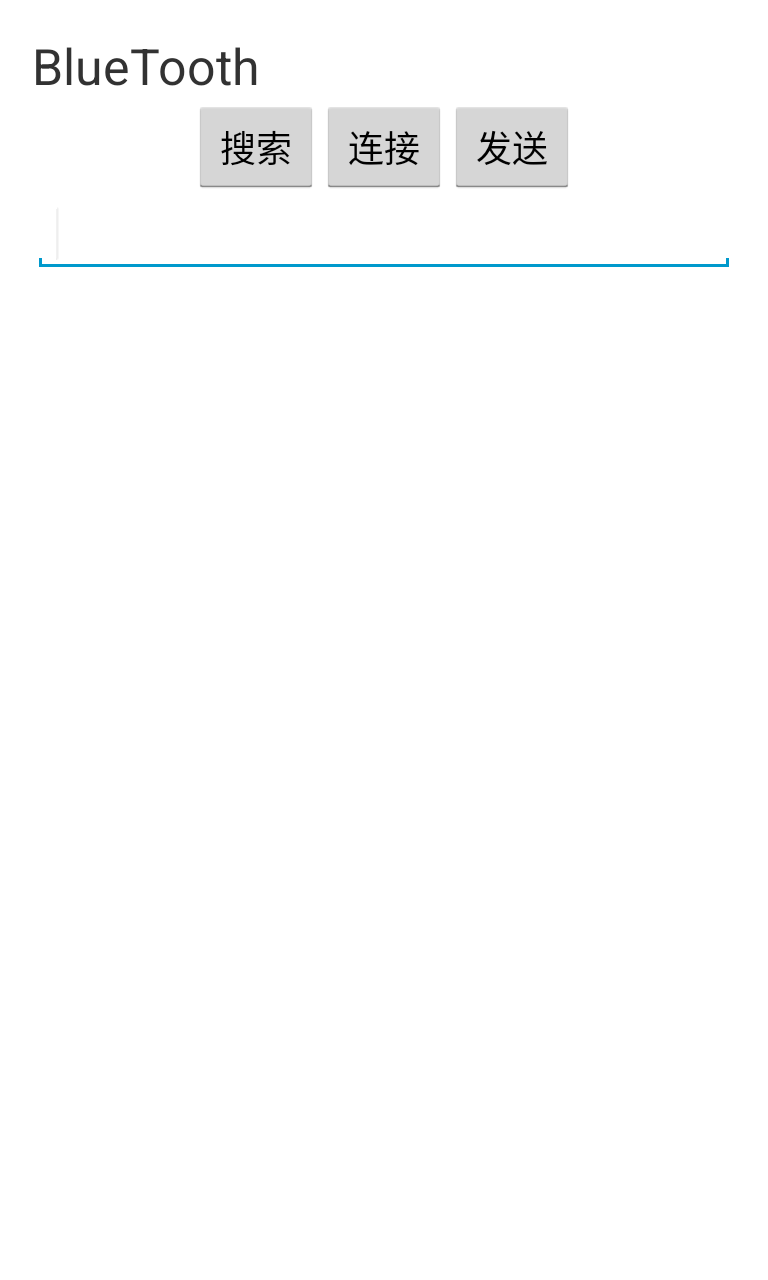
Repository: ShigerD/BtPic
Layout: Camera/res/layout/activity_bluetooth.xml
These files come from the project's save history. The layout is drawn as it stood at one moment and after the next save; the edit follows.
It is drawn on a 768 x 1280 px phone screen (xhdpi) without system bars, with theme AppTheme; the app's code is not run.

Above is the layout before, as saved 2017-02-23 06:46:37.

### Camera/res/layout/activity_bluetooth.xml
<RelativeLayout xmlns:android="http://schemas.android.com/apk/res/android"
    xmlns:tools="http://schemas.android.com/tools"
    android:layout_width="match_parent"
    android:layout_height="match_parent"
    android:paddingBottom="@dimen/activity_vertical_margin"
    android:paddingLeft="@dimen/activity_horizontal_margin"
    android:paddingRight="@dimen/activity_horizontal_margin"
    android:paddingTop="@dimen/activity_vertical_margin"
    tools:context="com.example.myblueteeth.MainActivity" >

    <LinearLayout
        android:layout_width="fill_parent"
        android:layout_height="fill_parent"
        android:layout_alignParentTop="true"
        android:layout_centerHorizontal="true"
        android:orientation="vertical" >

        <LinearLayout
            android:layout_width="match_parent"
            android:layout_height="wrap_content" >

            <TextView
                android:id="@+id/textView1"
                android:layout_width="wrap_content"
                android:layout_height="wrap_content"
                android:text="BlueTooth"
                android:textSize="25sp" />

        </LinearLayout>

        <LinearLayout
            android:layout_width="match_parent"
            android:layout_height="wrap_content"
            android:gravity="center_horizontal" >

            <Button
                android:id="@+id/bt_search"
                android:layout_width="wrap_content"
                android:layout_height="wrap_content"
                android:text="@string/search_bt" />

            <Button
                android:id="@+id/bt_connect"
                android:layout_width="wrap_content"
                android:layout_height="wrap_content"
                android:text="@string/connect_bt" />

            <Button
                android:id="@+id/next"
                android:layout_width="wrap_content"
                android:layout_height="wrap_content"
                android:text="发送" />

        </LinearLayout>

        <EditText
            android:id="@+id/editText1"
            android:layout_width="match_parent"
            android:layout_height="wrap_content"
            android:ems="10" >

            <requestFocus />
        </EditText>

    </LinearLayout>

</RelativeLayout>

### Camera/res/values/strings.xml
<?xml version="1.0" encoding="utf-8"?>
<resources>

    <string name="app_name">Camera2</string>
    <string name="hello_world">Hello world!</string>
    <string name="action_settings">Settings</string>
	<string name="Capture">Capture</string>
	<string name="search_bt"> 搜索</string>
	<string name="connect_bt">连接</string>

</resources>

Loaded but not shown: Camera/res/values/styles.xml (common file); Camera/res/values-v11/styles.xml (common file); Camera/res/values-v14/styles.xml (common file); Camera/res/values/dimens.xml (common file)

After the next save:
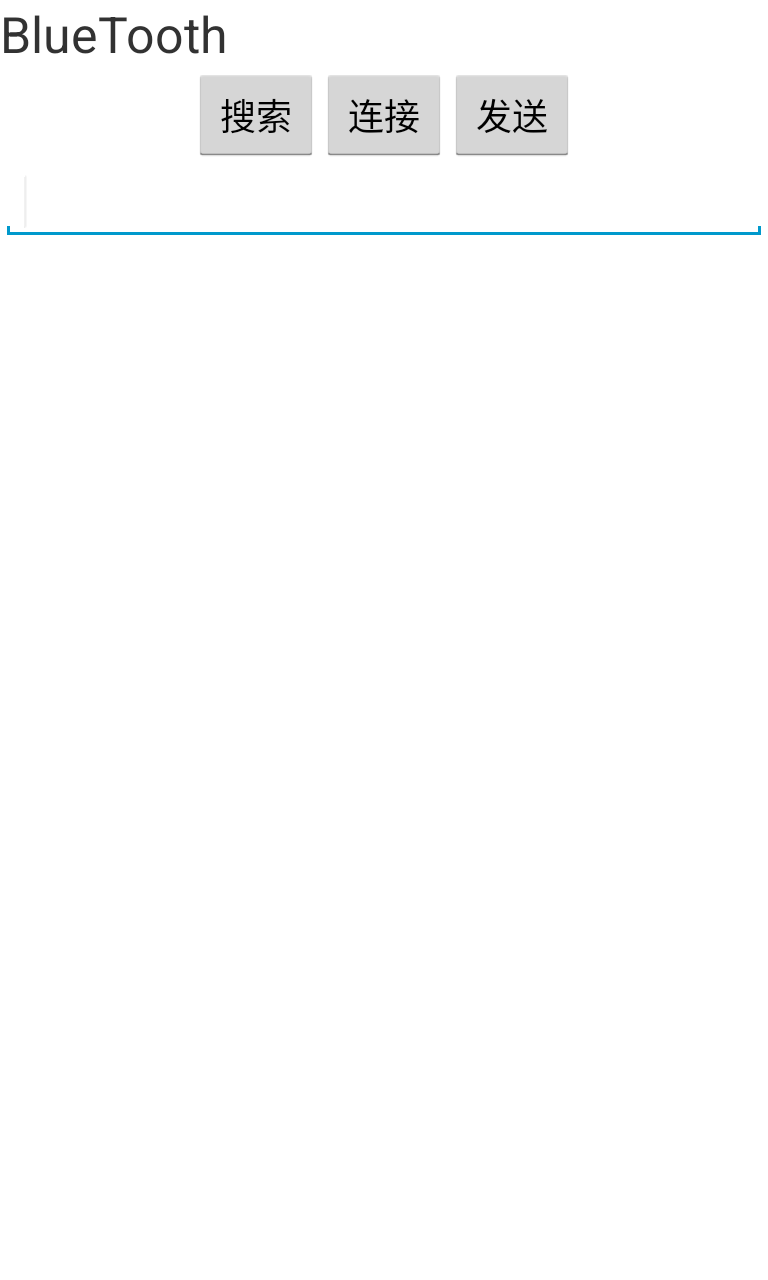
Saved 32 s later.
--- a/Camera/res/layout/activity_bluetooth.xml
+++ b/Camera/res/layout/activity_bluetooth.xml
@@ -2,11 +2,7 @@
     xmlns:tools="http://schemas.android.com/tools"
     android:layout_width="match_parent"
     android:layout_height="match_parent"
-    android:paddingBottom="@dimen/activity_vertical_margin"
-    android:paddingLeft="@dimen/activity_horizontal_margin"
-    android:paddingRight="@dimen/activity_horizontal_margin"
-    android:paddingTop="@dimen/activity_vertical_margin"
-    tools:context="com.example.myblueteeth.MainActivity" >
+	 >
 
     <LinearLayout
         android:layout_width="fill_parent"
